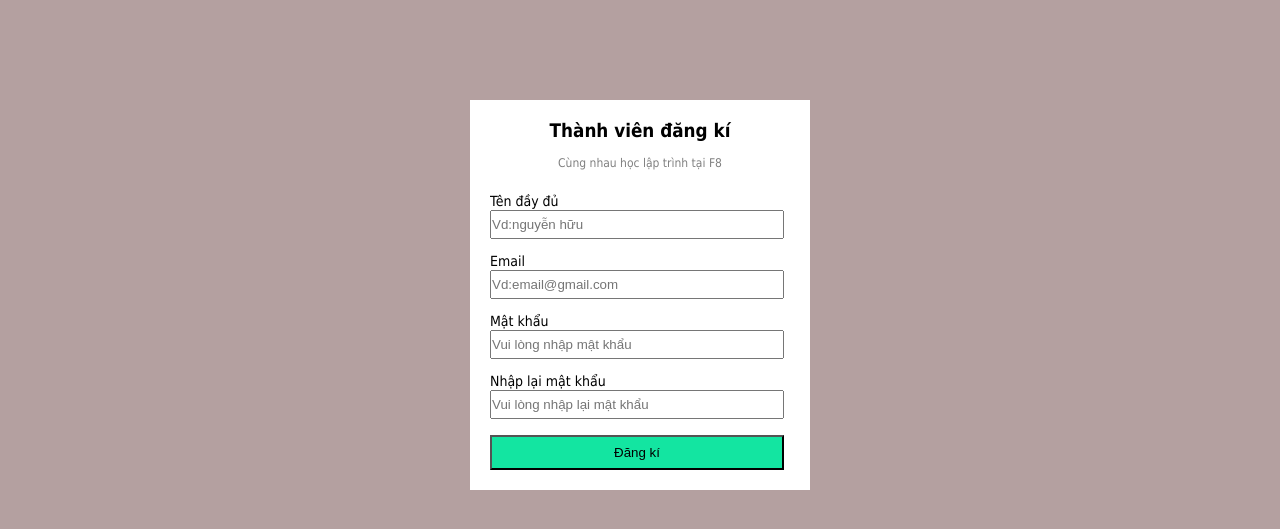
Repository: HuunvDev/Validator
Page: index.html
The author's editor kept a copy of each file at every save. The page is drawn from the files as they stood at one save, then again after a run of saves.
The browser window is 1280 px wide. The pictures show the whole page.
The pointer rests on the first visible `input`.

Above is the page before, as saved 2022-08-20 09:36:59.

### index.html
<!DOCTYPE html>
<html lang="en">
<head>
    <meta charset="UTF-8">
    <meta http-equiv="X-UA-Compatible" content="IE=edge">
    <meta name="viewport" content="width=device-width, initial-scale=1.0">
    <title>validator</title>
    <link rel="stylesheet" href="style.css">
</head>
<body>
    <div class="main">
        <form action="" method="POST" class="form" id="form-1">
            <h3 class="heading">Thành viên đăng kí</h3>
            <p class="desc">Cùng nhau học lập trình tại F8</p>
            <div class="pacer"></div>
            <div class="form-group">
                <label for="fullName" class="form-lable">Tên đầy đủ</label><br>
                <input type="text" id="fullName" name="fullName" placeholder="Vd:nguyễn hữu"><br>
                <span class="form-message"></span>
            </div>
            <div class="form-group">
                <label for="email" class="form-lable">Email</label><br>
                <input type="text" id="email" name="email" placeholder="Vd:email@gmail.com"><br>
                <span class="form-message"></span>
            </div>
            <div class="form-group">
                <label for="password" class="form-lable">Mật khẩu</label><br>
                <input type="text" id="password" name="password" placeholder="Vui lòng nhập mật khẩu"><br>
                <span class="form-message"></span>
            </div>
            <div class="form-group">
                <label for="password_confirmation" class="form-lable">Nhập lại mật khẩu</label><br>
                <input type="text" id="password_confirmation" name="password_confirmation" placeholder="Vui lòng nhập lại mật khẩu"><br>
                <span class="form-message"></span>
            </div>
           <button class="form-submit">Đăng kí</button>
        </form>
    </div>
    <script src="main.js"></script>
</body>
</html>

### style.css

*{
    margin:0;
    padding:0;
    overflow: hidden;
}
body{
    background-color:rgb(180, 160, 160);
}
.main {
    width: 300px;
    box-shadow: 0 0 0 rgb(0 0 0 / 10%);
    margin: auto;
    margin-top: 100px;
    padding: 20px;
    background-color: #fff;
    font-family: tahoma;
}
h3.heading {
    text-align: center;
}
p.desc {
    text-align: center;
    font-size: 12px;
    color: grey;
    padding: 15px 0;
}
.form-group {
    padding: 6px 0;
}

label.form-lable {
    font-size: 14px;
}
input {
    width: 290px;
    height: 25px;
}
input:hover{
    border-color:
}
button{
    padding:8px 0;
    width:294px;
    background-color: rgb(19 229 161);
    margin-top:10px;
}
span.form-message {
    font-size: 12px;
    color: #d76f6f;
}

### main.js
var fullName = document.getElementById('fullName');
var message = document.getElementsByClassName("form-message");
fullName.onblur = function(){
    if(!fullName.value){
        message.innerText ="Vui lòng nhập trường này";
    }
}

After the next 2 saves:
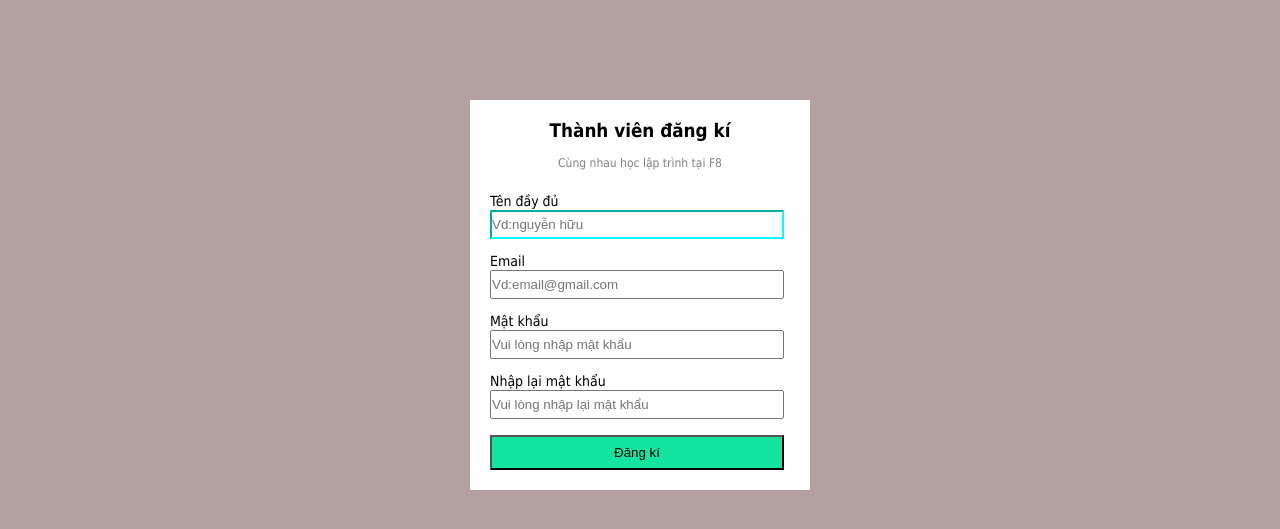
The 2 saves are shown as one change because they came seconds apart.
The last was saved 6 s later.
--- a/style.css
+++ b/style.css
@@ -37,7 +37,7 @@ input {
     height: 25px;
 }
 input:hover{
-    border-color:
+    border-color: aqua;
 }
 button{
     padding:8px 0;
